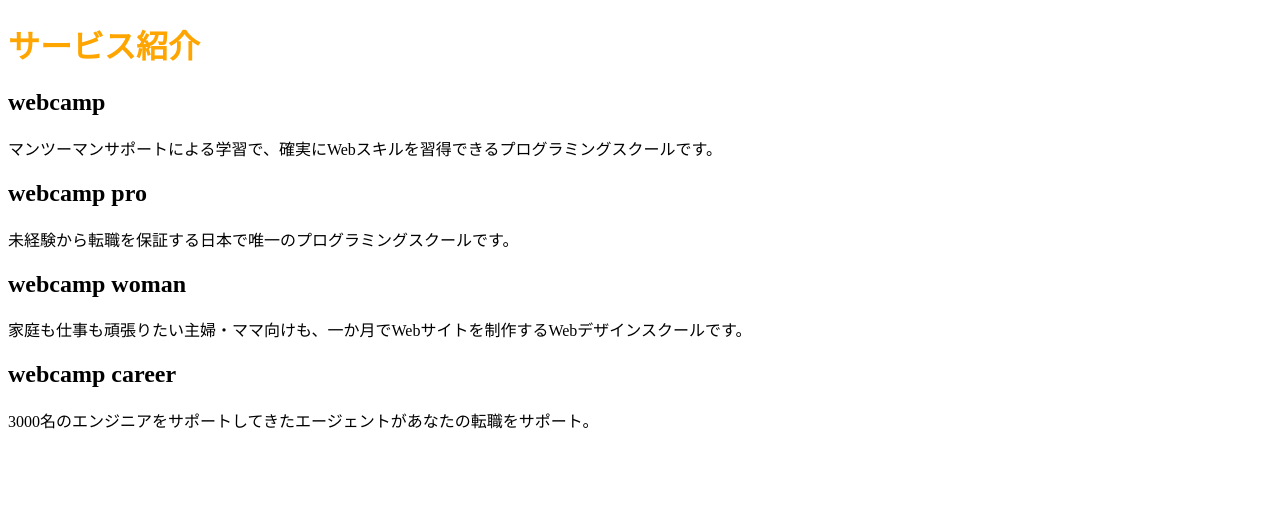
Repository: kawashimq/git-practice
Page: practice/practice.html
The author's editor kept a record of every edit. The page is drawn from the files as they stood at one moment, then again after the next edit.
The browser window is 1280 px wide. The pictures show the whole page.

Above is the page before.

After the next edit:
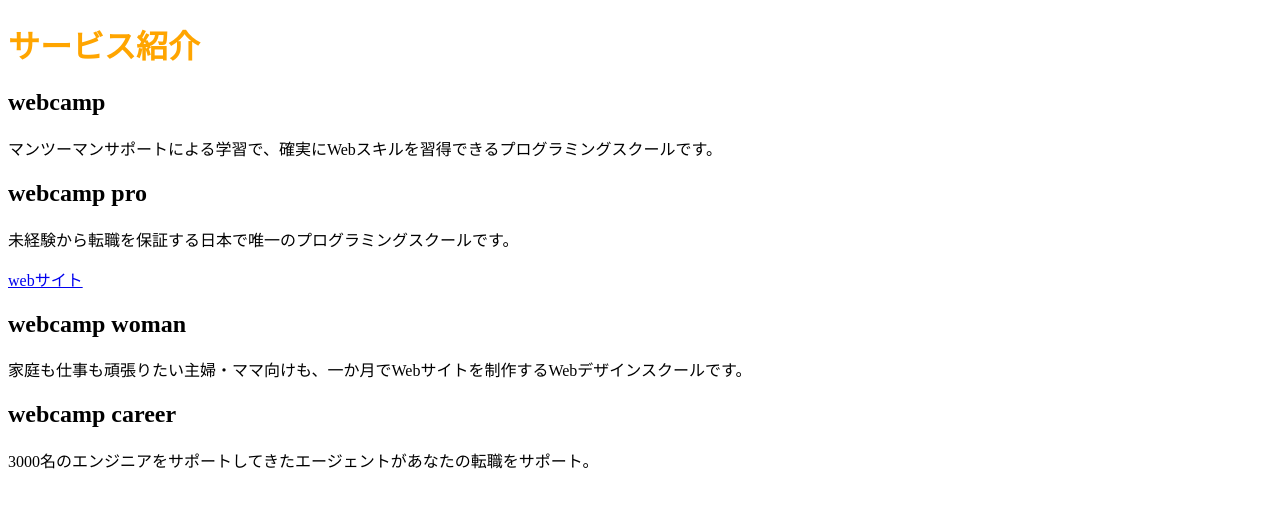
The edit:
--- a/practice/practice.html
+++ b/practice/practice.html
@@ -16,7 +16,7 @@
 
     <h2>webcamp pro</h2>
     <p>未経験から転職を保証する日本で唯一のプログラミングスクールです。</p>
-    <a href="https://www.youtube.com/"></a>
+    <a href="https://www.youtube.com/">webサイト</a>
 
     <h2>webcamp woman</h2>
     <p>家庭も仕事も頑張りたい主婦・ママ向けも、一か月でWebサイトを制作するWebデザインスクールです。</p>
